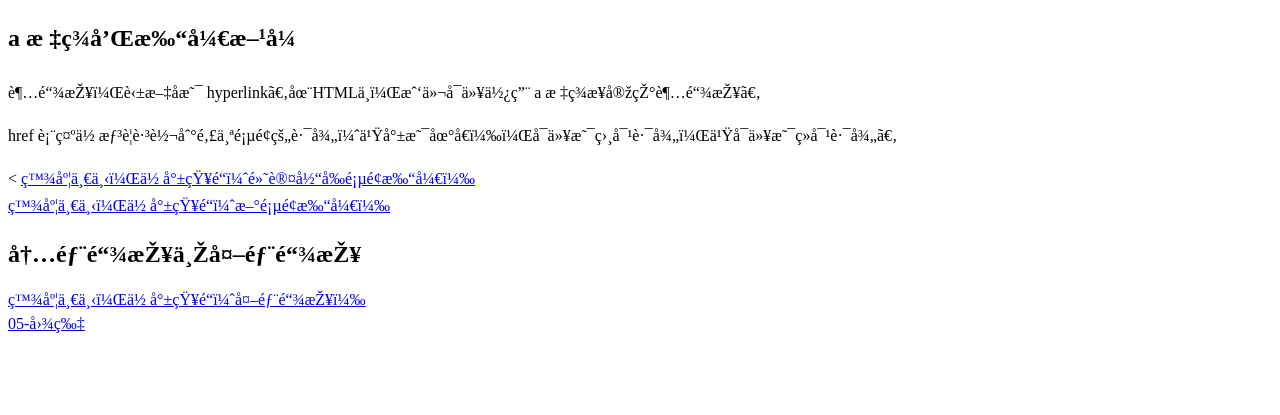
Repository: liang-n/front-end-basics
Page: 08-超链接.html
These files come from the project's save history. The page is drawn as it stood at one moment and after a run of saves; the edit follows.
The browser window is 1280 px wide. The pictures show the whole page.

Above is the page before, as saved 2022-05-15 13:21:34.

After the next 4 saves:
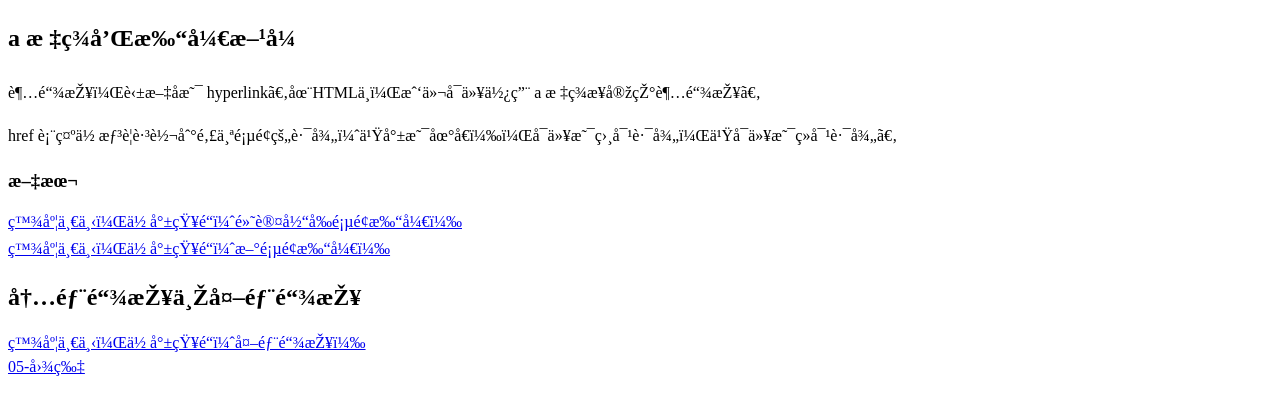
The 4 saves are shown as one change because they came seconds apart.
The last was saved 9 s later.
--- a/08-超链接.html
+++ b/08-超链接.html
@@ -11,7 +11,8 @@
         <h2>a 标签和打开方式</h2>
         <p>超链接，英文名是 hyperlink。在HTML中，我们可以使用 a 标签来实现超链接。</p>
         <p>href 表示你想要跳转到那个页面的路径（也就是地址），可以是相对路径，也可以是绝对路径。</p>
-        <
+        <p></p>
+        <h3>文本</h3>
         <a href="https://www.baidu.coom/">百度一下，你就知道（默认当前页面打开）</a>
         <br>
         <a href="https://www.baidu.coom/" target="_blank">百度一下，你就知道（新页面打开）</a>
